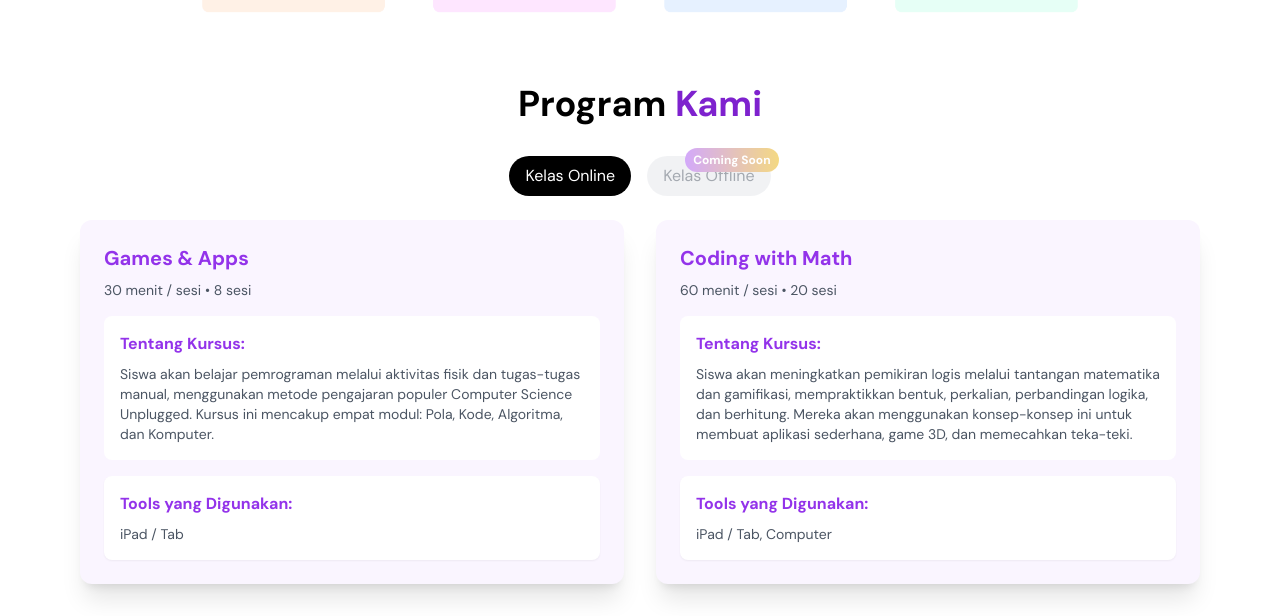
Repository: paskasiregar/ttccomweb
Page: /track/basic-programming
The author's editor kept a copy of each file at every save. The page is drawn from the files as they stood at one save, then again after the next save.
The browser window is 1280 px wide. The pictures show the part of the page from y = 2031 to 2983 px (the page is 2647 px tall before and 3043 px after).
The project was rebuilt for these pictures with package versions that can differ from the ones it lists, and the page was loaded fresh each time. The framework's server and built-in components were replaced by stand-ins that run in the browser. Also part of the build but not shown: next.config.js, next.config.mjs.

Above is the page before, as saved 2024-11-16 23:27:05.

### src/app/layout.js
import "./globals.css";
import { DM_Sans } from "next/font/google";

const dmSans = DM_Sans({
  subsets: ["latin"],
  weight: ["400", "500", "700"], // Include only the weights you need
  variable: "--font-dm-sans", // Optional: CSS variable for global use
});

export const metadata = {
  title: "Tiny Tech Club",
  description: "Small techies, big dreams 🚀",
};

export default function RootLayout({ children }) {
  return (
    <html lang="en" className={dmSans.variable}>
      <body className="antialiased">{children}</body>
    </html>
  );
}

### src/app/template.js
import React from "react";

export default function TrackTemplate({ title, description, children }) {
  return (
    <div>
      {/* Hero Section */}
      <div className="relative h-screen w-full">
        <img
          src="https://images.unsplash.com/photo-1494783367193-149034c05e8f"
          alt="Background"
          className="absolute inset-0 w-full h-full object-cover filter blur-sm"
        />
        <div className="absolute inset-0 bg-black bg-opacity-50"></div>
        <div className="absolute inset-0 flex flex-col items-center justify-center">
          <h1 className="text-4xl text-white font-bold">{title}</h1>
          <p className="text-xl text-white mt-4">{description}</p>
        </div>
      </div>

      {/* Content Section */}
      <div className="max-w-7xl mx-auto px-4 py-8">{children}</div>
    </div>
  );
}

### src/app/track/[track]/page.js
"use client";
import { useParams } from "next/navigation";
import TrackTemplate from "../[track]";
import Image from "next/image";
import ljImage from "@/assets/lj.png";
import ProgramTabs from "@/components/programTabs";

export default function TrackPage() {
  const { track } = useParams();

  const trackDetails = {
    "creative-coding": {
      title: "Creative Coding Track",
      description:
        "Kenalkan coding ke anak-anak dengan aktivitas seru dan edukatif. Cocok banget buat usia 4-5 tahun untuk membangun kemampuan berpikir logis.",
      backgroundImage:
        "https://images.unsplash.com/photo-1544717305-2782549b5136", // Replace with a relevant Creative Coding image
    },
    "visual-coding": {
      title: "Visual Coding Track",
      description:
        "Belajar konsep pemrograman visual pakai ScratchJr. Cocok buat anak usia 6-7 tahun untuk bikin cerita dan proyek seru sambil belajar coding dasar.",
      backgroundImage:
        "https://images.unsplash.com/photo-1573164574393-b9b12c3ff9c6", // Replace with a relevant Visual Coding image
    },
    "web-development": {
      title: "Web Development Track",
      description:
        "Pelajari dasar-dasar pengembangan web pakai HTML, CSS, dan JavaScript. Cocok untuk anak usia 8-12 tahun yang mau bikin proyek mini web seru.",
      backgroundImage:
        "https://images.unsplash.com/photo-1522071820081-009f0129c71c", // Replace with a relevant Web Development image
    },
    "basic-programming": {
      title: "Basic Programming Track",
      description:
        "Belajar konsep pemrograman inti pakai Python dan JavaScript. Dirancang untuk usia 13-16 tahun yang pengen bikin aplikasi nyata dan mengasah kemampuan problem-solving.",
      backgroundImage:
        "https://images.unsplash.com/photo-1517433456452-f9633a875f6f", // Replace with a relevant Basic Programming image
    },
    // Add more tracks as needed
  };

  const trackData = trackDetails[track] || {
    title: "Track Tidak Ditemukan",
    description: "Track yang kamu cari nggak ada nih.",
    backgroundImage:
      "https://images.unsplash.com/photo-1506748686214-e9df14d4d9d0", // Default image for not found
  };

  return (
    <div className="mx-auto">
      {/* Back Button */}
      <div className="my-4 px-4 sm:px-8">
        <button
          className="secondary-button"
          onClick={() => (window.location.href = "/")}
        >
          &lt; Kembali
        </button>
      </div>

      {/* Track Template */}
      <section>
        <TrackTemplate
          title={trackData.title}
          description={trackData.description}
          backgroundImage={trackData.backgroundImage}
        />

        {/* Learning Journey Section */}
        <section className="w-full my-8 px-4 sm:px-8 max-w-container py-20">
          <div>
            <div className="flex flex-col md:flex-row items-center md:items-start md:justify-between">
              {/* Title */}
              <div className="max-w-lg md:w-1/2">
                <h1 className="text-6xl md:text-6xl font-bold mb-8">
                  Learning <span className="text-purple-700">Journey</span>
                </h1>
              </div>

              {/* Description */}
              <div className="mt-6 md:mt-0 md:w-1/2 mb-8">
                <p className="text-gray-600 text-base md:text-md">
                  Yuk, mulai perjalanan belajar yang seru dan inspiratif buat
                  anak-anak! Kami hadir untuk membantu anak-anak mengembangkan
                  kreativitas, berpikir logis, dan percaya diri. Dengan berbagai
                  track yang disesuaikan untuk setiap usia, pengalaman belajar
                  jadi menyenangkan dan berkesan.
                </p>
              </div>
            </div>

            {/* Image */}
            <div className="mt-6 md:mt-0 mb-8">
              <Image
                src={ljImage}
                alt="Perjalanan Belajar"
                width={1440} // Adjust width as needed
                height={1000} // Adjust height as needed
                className="rounded-lg"
              />
            </div>
          </div>
        </section>

        {/* Our Program Section */}
        <section className="w-full my-8 px-4 sm:px-8 max-w-container mb-8">
          <h2 className="text-center text-4xl font-bold mb-8">
            Program <span className="text-purple-700">Kami</span>
          </h2>
          <ProgramTabs />
        </section>
      </section>
    </div>
  );
}

### src/app/globals.css
@tailwind base;
@tailwind components;
@tailwind utilities;

@import url('https://fonts.googleapis.com/css2?family=DM+Sans:wght@400;500;700&display=swap');

:root {
  --font-dm-sans: "DM Sans", sans-serif;
}

@font-face {
  font-family: 'DM Sans';
  src: url('/fonts/DM-Sans.woff2') format('woff2'),
    url('/fonts/DM-Sans.woff') format('woff');
  font-weight: 400;
  font-style: normal;
}

body {
  font-family: 'DM Sans', sans-serif;
}

.dm-sans-custom {
  font-family: "DM Sans", sans-serif;
  font-optical-sizing: auto;
  font-weight: 400;
  font-style: normal;
}

body {
  font-family: 'DM Sans', Arial, Helvetica, sans-serif;
  margin: 0;
  padding: 0;
  box-sizing: border-box;
}

*,
*::before,
*::after {
  box-sizing: inherit;
}

/* Container class for centering content */
.max-w-container {
  max-width: 1440px;
  margin: 0 auto;
  padding: 0 16px;
  /* Optional padding for spacing on smaller screens */
}

### src/app/track/[track].js
import React from "react";

export default function TrackTemplate({ title, description, children }) {
  return (
    <div>
      {/* Hero Section */}
      <div className="relative h-screen w-full">
        <img
          src="https://images.unsplash.com/photo-1494783367193-149034c05e8f"
          alt="Background"
          className="absolute inset-0 w-full h-full object-cover filter blur-sm"
        />
        <div className="absolute inset-0 bg-black bg-opacity-50"></div>
        <div className="absolute inset-0 flex flex-col items-center justify-center">
          <h1 className="text-6xl text-white font-bold p-8">{title}</h1>
          <p className="text-xl text-white mt-4 p-8">{description}</p>
        </div>
      </div>

      {/* Content Section */}
      <div className="max-w-7xl mx-auto px-4 py-8">{children}</div>
    </div>
  );
}

### src/components/programTabs.jsx
import React, { useState } from "react";
import ClassType from "./classType"; // Import the cards component for online tab

function ProgramTabs() {
  const [activeTab, setActiveTab] = useState("online");

  const tabs = [
    { id: "online", label: "Kelas Online", disabled: false },
    { id: "offline", label: "Kelas Offline", disabled: true },
  ];

  const handleTabClick = (tabId, disabled) => {
    if (!disabled) {
      setActiveTab(tabId);
    }
  };

  return (
    <div className="w-full">
      {/* Tabs */}
      <div className="flex justify-center space-x-4 mb-6">
        {tabs.map((tab) => (
          <button
            key={tab.id}
            className={`relative py-2 px-4 rounded-full ${
              activeTab === tab.id
                ? "bg-black text-white"
                : "bg-gray-200 text-gray-600"
            } ${tab.disabled ? "opacity-50 cursor-not-allowed" : ""}`}
            onClick={() => handleTabClick(tab.id, tab.disabled)}
            disabled={tab.disabled}
          >
            {tab.label}
            {/* Show 'Coming Soon' chip on disabled tabs */}
            {tab.disabled && (
              <span className="absolute -top-2 -right-2 text-xs font-bold text-white px-2 py-1 rounded-full bg-gradient-to-r from-purple-500 to-yellow-500">
                Coming Soon
              </span>
            )}
          </button>
        ))}
      </div>

      {/* Tab Content */}
      <div>
        {activeTab === "online" && (
          <div>
            {/* Render the cards for the online tab */}
            <ClassType />
          </div>
        )}
        {activeTab === "offline" && (
          <div>
            <p className="text-center text-gray-600">
              Konten untuk Kelas Offline sedang dalam pengembangan.
            </p>
          </div>
        )}
      </div>
    </div>
  );
}

export default ProgramTabs;

### src/components/classType.jsx
import ClassCard from "./classCard";

export default function ClassType() {
  return (
    <div className="grid grid-cols-1 md:grid-cols-2 gap-8 px-4 sm:px-8 max-w-container">
      <ClassCard
        title="Games & Apps"
        duration="30 menit"
        sessions="8 sesi"
        description="Siswa akan belajar pemrograman melalui aktivitas fisik dan tugas-tugas manual, menggunakan metode pengajaran populer Computer Science Unplugged. Kursus ini mencakup empat modul: Pola, Kode, Algoritma, dan Komputer."
        tools="iPad / Tab"
      />
      <ClassCard
        title="Coding with Math"
        duration="60 menit"
        sessions="20 sesi"
        description="Siswa akan meningkatkan pemikiran logis melalui tantangan matematika dan gamifikasi, mempraktikkan bentuk, perkalian, perbandingan logika, dan berhitung. Mereka akan menggunakan konsep-konsep ini untuk membuat aplikasi sederhana, game 3D, dan memecahkan teka-teki."
        tools="iPad / Tab, Computer"
      />
    </div>
  );
}

### src/components/classCard.jsx
import React from "react";
import PropTypes from "prop-types";

function ClassCard({ title, duration, sessions, description, tools }) {
  return (
    <div className="bg-purple-50 rounded-xl shadow-xl p-6">
      {/* Title */}
      <h3 className="text-xl font-bold text-purple-600 mb-2">{title}</h3>

      {/* Duration and Sessions */}
      <p className="text-gray-600 text-sm mb-4">
        {duration} / sesi • {sessions}
      </p>

      {/* Description */}
      <div className="bg-white rounded-lg p-4 mb-4">
        <h4 className="text-purple-600 font-semibold mb-2">Tentang Kursus:</h4>
        <p className="text-gray-600 text-sm">{description}</p>
      </div>

      {/* Tools */}
      <div className="bg-white rounded-lg p-4 shadow-sm">
        <h4 className="text-purple-600 font-semibold mb-2">
          Tools yang Digunakan:
        </h4>
        <p className="text-gray-600 text-sm">{tools}</p>
      </div>
    </div>
  );
}

ClassCard.propTypes = {
  title: PropTypes.string.isRequired,
  duration: PropTypes.string.isRequired,
  sessions: PropTypes.string.isRequired,
  description: PropTypes.string.isRequired,
  tools: PropTypes.string.isRequired,
};

export default ClassCard;

Loaded but not shown: tailwind.config.js (common file)

After the next save:
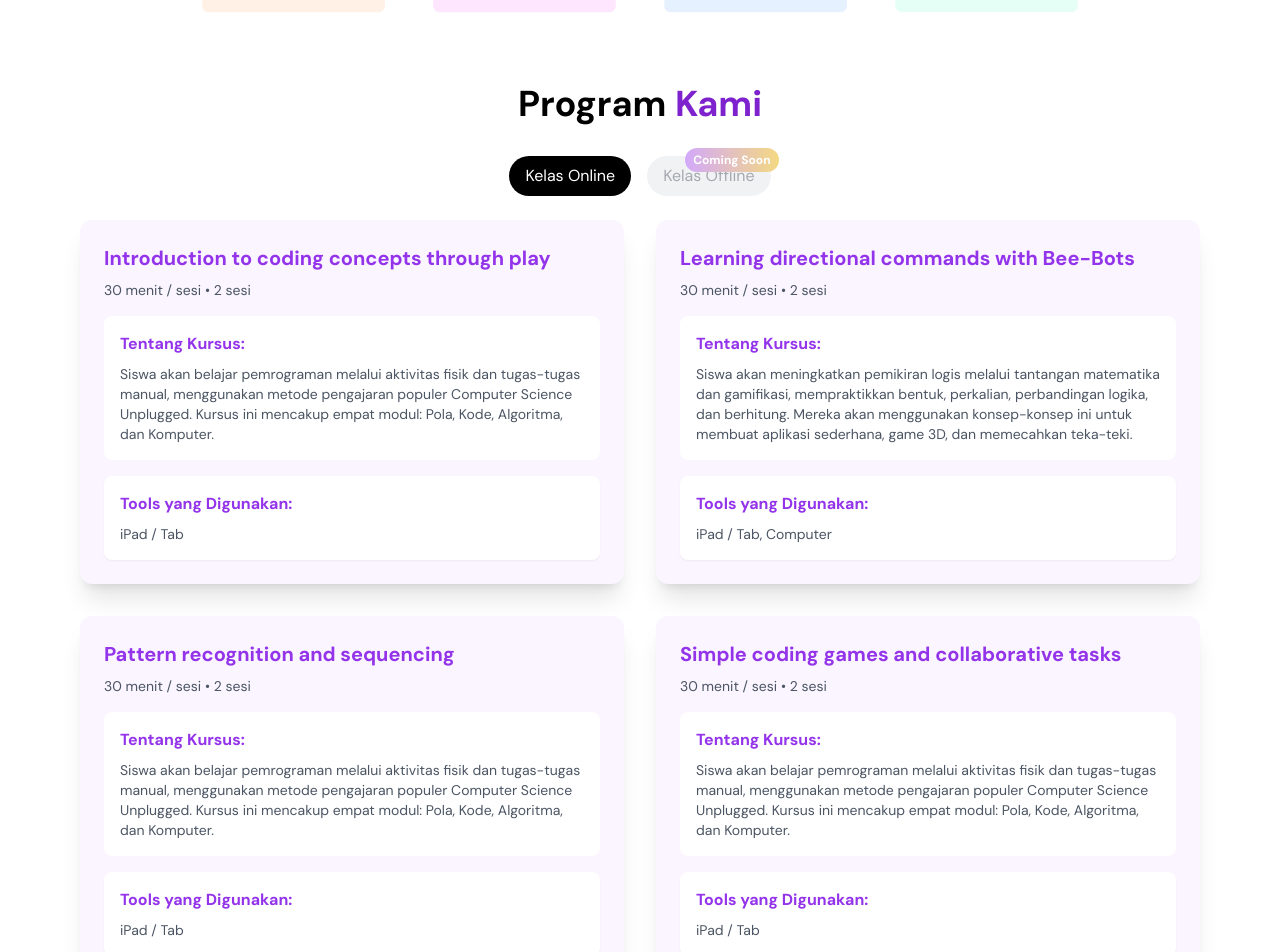
Saved 3 min 59 s later.
--- a/src/components/classType.jsx
+++ b/src/components/classType.jsx
@@ -4,18 +4,32 @@ export default function ClassType() {
   return (
     <div className="grid grid-cols-1 md:grid-cols-2 gap-8 px-4 sm:px-8 max-w-container">
       <ClassCard
-        title="Games & Apps"
+        title="Introduction to coding concepts through play"
         duration="30 menit"
-        sessions="8 sesi"
+        sessions="2 sesi"
         description="Siswa akan belajar pemrograman melalui aktivitas fisik dan tugas-tugas manual, menggunakan metode pengajaran populer Computer Science Unplugged. Kursus ini mencakup empat modul: Pola, Kode, Algoritma, dan Komputer."
         tools="iPad / Tab"
       />
       <ClassCard
-        title="Coding with Math"
-        duration="60 menit"
-        sessions="20 sesi"
+        title="Learning directional commands with Bee-Bots"
+        duration="30 menit"
+        sessions="2 sesi"
         description="Siswa akan meningkatkan pemikiran logis melalui tantangan matematika dan gamifikasi, mempraktikkan bentuk, perkalian, perbandingan logika, dan berhitung. Mereka akan menggunakan konsep-konsep ini untuk membuat aplikasi sederhana, game 3D, dan memecahkan teka-teki."
         tools="iPad / Tab, Computer"
+      />
+      <ClassCard
+        title="Pattern recognition and sequencing"
+        duration="30 menit"
+        sessions="2 sesi"
+        description="Siswa akan belajar pemrograman melalui aktivitas fisik dan tugas-tugas manual, menggunakan metode pengajaran populer Computer Science Unplugged. Kursus ini mencakup empat modul: Pola, Kode, Algoritma, dan Komputer."
+        tools="iPad / Tab"
+      />
+      <ClassCard
+        title="Simple coding games and collaborative tasks"
+        duration="30 menit"
+        sessions="2 sesi"
+        description="Siswa akan belajar pemrograman melalui aktivitas fisik dan tugas-tugas manual, menggunakan metode pengajaran populer Computer Science Unplugged. Kursus ini mencakup empat modul: Pola, Kode, Algoritma, dan Komputer."
+        tools="iPad / Tab"
       />
     </div>
   );
